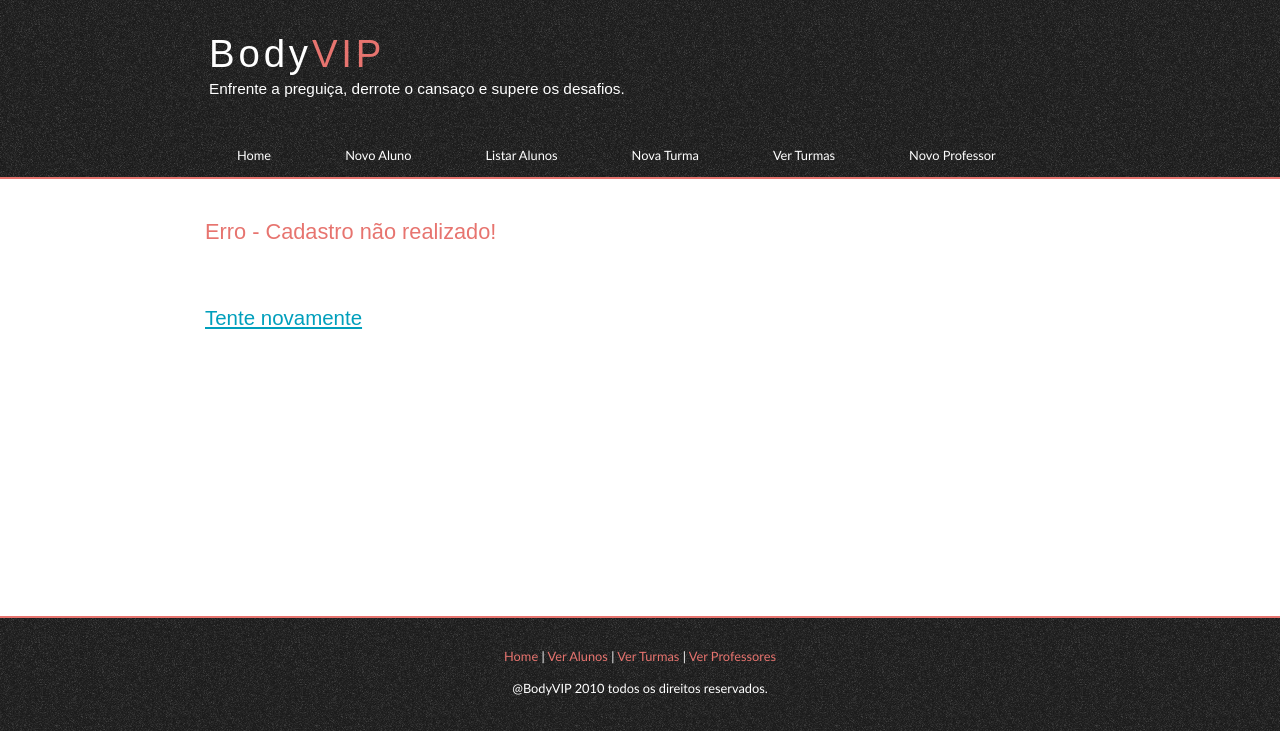
Repository: Thais-Ferreira/Projeto_bodyVIP
Page: http://localhost/BodyVIP/erroCadastro.jsp
These files come from the project's save history. The page is drawn as it stood at one moment and after the next save; the edit follows.
The browser window is 1280 px wide. The pictures show the whole page.
The page is served by Tomcat 9.

Above is the page before, as saved 2017-06-21 14:32:20.

After the next save:
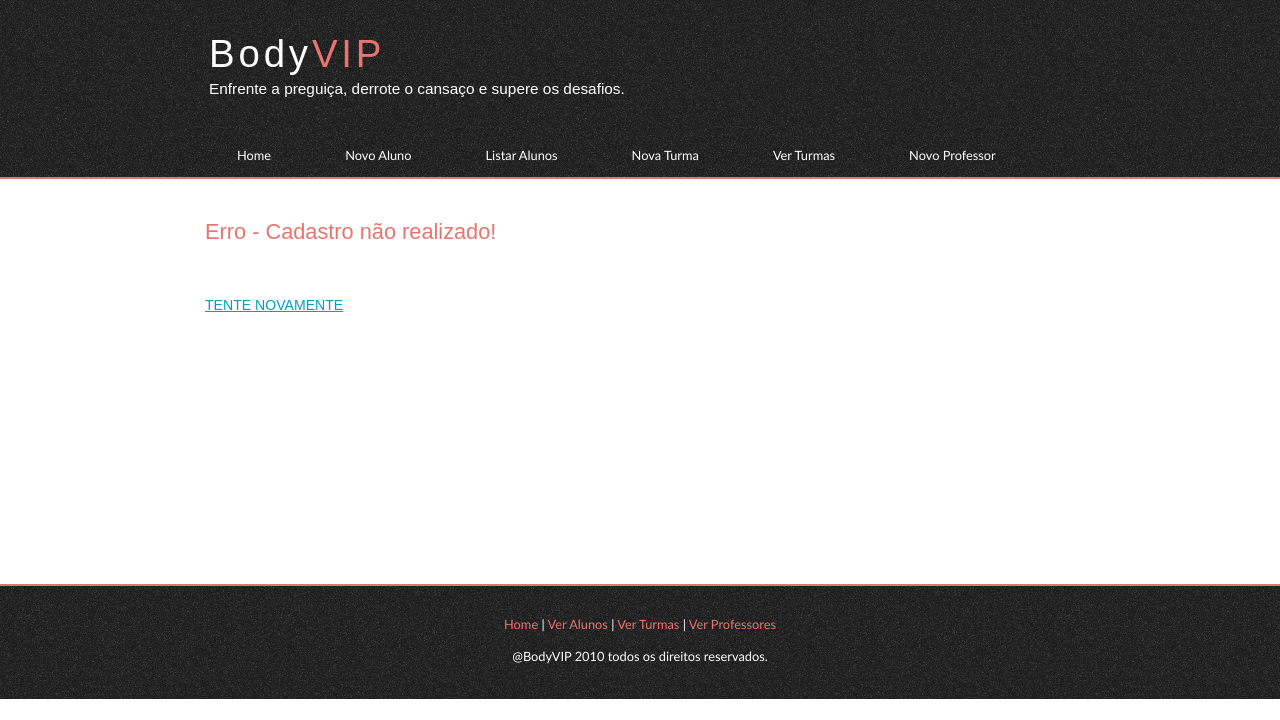
Saved 34 s later.
--- a/BodyVIP/WebContent/erroCadastro.jsp
+++ b/BodyVIP/WebContent/erroCadastro.jsp
@@ -35,7 +35,7 @@
 
       <div id="content">
         <h1>Erro - Cadastro não realizado!</h1><br><br>
-        <h2><a href="TurmaController?acao=cadastro">Tente novamente</a></h2>
+        <h4><a href="TurmaController?acao=cadastro">Tente novamente</a></h4>
         <br><br><br><br><br><br><br><br><br><br><br><br><br><br><br><br>
       </div>
     </div>
